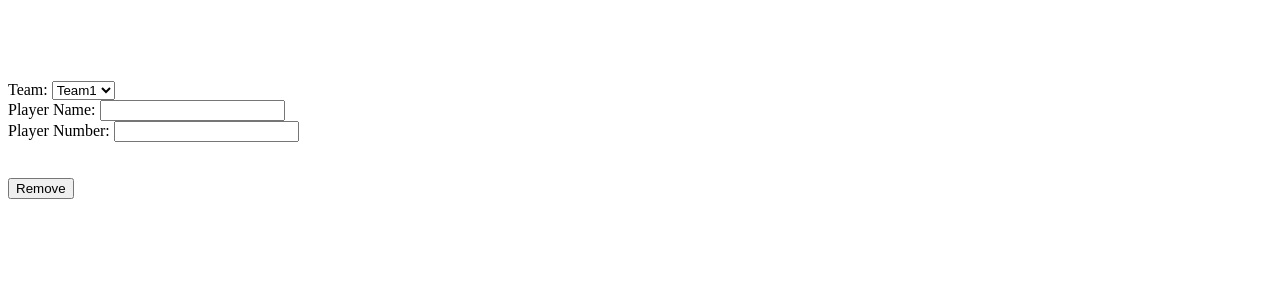
Repository: FredGlozman/SwiftScore
Page: SwiftScore/RemovePlayer.html
An editor plug-in stored every save of this project. The page is shown before and after the next save, followed by the edit.
The browser window is 1280 px wide. The pictures show the whole page.

Above is the page before, as saved 2015-12-03 12:43:43.

After the next save:
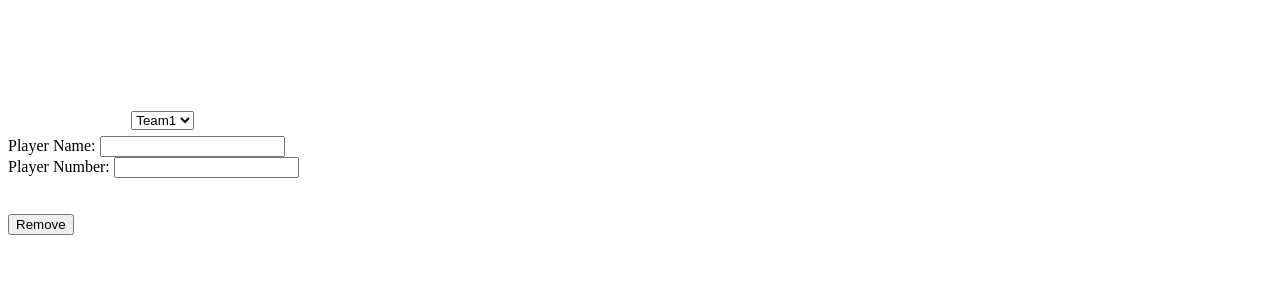
Saved 8 s later.
--- a/SwiftScore/RemovePlayer.html
+++ b/SwiftScore/RemovePlayer.html
@@ -6,7 +6,7 @@
 <form action="RemovePlayer.php" method="post">
 <font color="white" size = 30x >Remove Player</font>
 <br><br>
-Team: <!-- implement get teams -->
+<font color="white" size = 30x >Team:</font> <!-- implement get teams -->
 <select>
 	<option name = team value="team1">Team1</option>
 	<option name = team value="team2">Team2</option>
